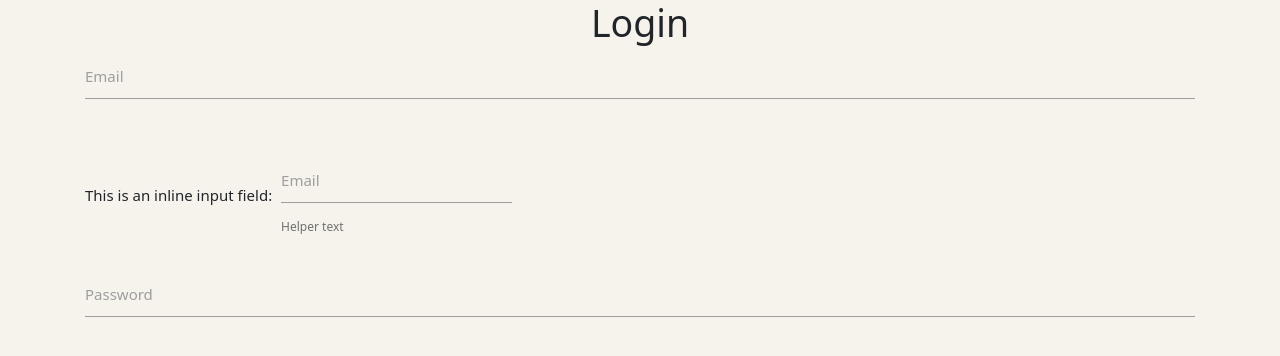
Repository: latenightsnacc/AllinOne
Page: Design/login.html
The author's editor kept a copy of each file at every save. The page is drawn from the files as they stood at one save, then again after the next save.
The browser window is 1280 px wide. The pictures show the whole page.
The style sheet was rebuilt from its Sass, Less or Tailwind sources for each picture, by a compiler version that may differ from the author's.

Above is the page before, as saved 2020-09-19 10:43:44.

### Design/login.html
<!DOCTYPE html>
<html lang="en">
<head>
    <meta charset="UTF-8">
    <meta name="viewport" content="width=device-width, initial-scale=1.0">
    <!--Icons-->
    <link href="https://fonts.googleapis.com/icon?family=Material+Icons" rel="stylesheet">
    <!-- Compiled and minified CSS -->
    <link rel="stylesheet" href="https://cdnjs.cloudflare.com/ajax/libs/materialize/1.0.0/css/materialize.min.css">
    <link rel="stylesheet" href="https://stackpath.bootstrapcdn.com/bootstrap/5.0.0-alpha1/css/bootstrap.min.css" integrity="sha384-r4NyP46KrjDleawBgD5tp8Y7UzmLA05oM1iAEQ17CSuDqnUK2+k9luXQOfXJCJ4I" crossorigin="anonymous">
    <!--Custom css-->
    <link rel="stylesheet" href="sidebar.css">
    <title>Business Profile</title>
</head>
<body>
    <div class="container">
        <h1 class="text-center">Login</h1>
        <div class="form">
            <div class="row">
                <form class="col s12">
                <div class="row">
                    <div class="input-field col s12">
                    <input id="email" type="email" class="validate">
                    <label for="email">Email</label>
                    </div>
                </div>
                <div class="row">
                    <div class="col s12">
                    This is an inline input field:
                    <div class="input-field inline">
                        <input id="email_inline" type="email" class="validate">
                        <label for="email_inline">Email</label>
                        <span class="helper-text" data-error="wrong" data-success="right">Helper text</span>
                    </div>
                    </div>
                </div>
                <div class="row">
                    <div class="input-field col s12">
                    <input id="password" type="password" class="validate">
                    <label for="password">Password</label>
                    </div>
                </div>
                </form>
            </div>
        </div>
    </div>

    <script src="https://cdn.jsdelivr.net/npm/popper.js@1.16.0/dist/umd/popper.min.js" integrity="sha384-Q6E9RHvbIyZFJoft+2mJbHaEWldlvI9IOYy5n3zV9zzTtmI3UksdQRVvoxMfooAo" crossorigin="anonymous"></script>
    <script src="https://stackpath.bootstrapcdn.com/bootstrap/5.0.0-alpha1/js/bootstrap.min.js" integrity="sha384-oesi62hOLfzrys4LxRF63OJCXdXDipiYWBnvTl9Y9/TRlw5xlKIEHpNyvvDShgf/" crossorigin="anonymous"></script>
</body>
</html>

### Design/sidebar.scss
@import 'variables';

*{
    margin: 0;
    padding: 0;
    box-sizing: border-box;
    list-style: none;
    a {
        text-decoration: none;

    }
    &:before,&:after {
        box-sizing: border-box;
    }
    :after {
        content: "";
    }
}

body, html {
    background: $grey;
    overflow-x: hidden;
}
.wrapper {
    min-height:100vh;
    margin-left: 100px;
    margin-top: 120px;

}
.cardNew{
    display: flex;
    flex-direction: column;
    align-items: center;
    justify-content: center;
    width: 250px;
    height: 250px;
    position: relative;
    background-color: $grey;


    .card-content{
        color: $blue2;

    }

    .card-top {
        position: absolute;
        top:-60px;
        left: 75px;
        width: 100px;
        height: 100px;
        background-color: $blue2;
        display: flex;
        align-items: center;
        justify-content: center;
        font-size: 30px;
        color: $grey;


    }

    &:hover {
        box-shadow: $bsGrey;
        border-radius: $borderR;
    }

}
.card-title {
    font-family: $fontNoto;
    font-size: 20px;
    color: black;
}
.biz-title {
    font-family: $fontNoto;
    font-size: 35px;
    color: $grey;
}

.blue-nav {
    height: 100px;
    background-color: $blue2 !important;
}

a.sidebar-icon {
    color: $dark;
    font-size: 50px;

    &:hover {
        color: $grey;
    }
}
a.active {
    color: $grey;
}
.side-bar {
    float: left;
	position: fixed;
	top: 200;
    left: 0;
    background: transparent;
    margin-top: 100px;
}

.side-bar ul {
	text-align: center;
}

.side-bar ul li {
	position: relative;
  width: 100px;
  cursor: pointer;
	background: $blue2;
	text-transform: uppercase;
	transition:all .4s ease-out;
}

.side-bar ul li:after {
	position: absolute;
	background: $grey;
	color: $blue2;
	top:0;
	left: 100px;
	width: 100px; height: 100%;
  opacity:.5;
  transform: perspective(400px) rotateY(90deg);
	transform-origin: 0 100%;
	transition:all .4s ease-out;
}

.side-bar ul li:nth-child(1):after {
    display: flex;
    align-items: center;
    justify-content: center;
    content: "Dashboard";
    line-height: 88px;

}
.side-bar ul li:nth-child(2):after {
    content: "Profile";
    display: flex;
    align-items: center;
    justify-content: center;
	line-height: 88px;
}
.side-bar ul li:nth-child(3):after {
    display: flex;
    align-items: center;
    justify-content: center;
	content: "Finance";
	line-height: 85px;
}
.side-bar ul li:nth-child(4):after {
    display: flex;
    align-items: center;
    justify-content: center;
	content: "CMS";
	line-height: 70px;
}
.side-bar ul li:nth-child(5):after {
    display: flex;
    align-items: center;
    justify-content: center;
	content: "Settings";
	line-height: 70px;
}
.side-bar ul li:nth-child(6):after {
    display: flex;
    align-items: center;
    justify-content: center;
	content: "Help";
	line-height: 70px;
}
.side-bar ul li:nth-child(7):after {
    display: flex;
    align-items: center;
    justify-content: center;
	content: "Log out";
	line-height: 70px;
}
.side-bar ul li:hover {
	transform: translateX(-100px);
}

.side-bar ul li:hover:after {
  opacity: 1;
	transform: perspective(400px) rotateY(0deg) scale(1) ;
}


.side-bar ul li > div {
	display: inline-block;
	padding: 25px 0;
	background: transparent;
}

.side-bar ul li div { position: relative; }

### Design/_variables.scss
@import url('https://fonts.googleapis.com/css2?family=Roboto+Mono&display=swap');
@import url('https://fonts.googleapis.com/css2?family=Noto+Sans+HK:wght@100;400&display=swap');

$fontRoboto: 'Roboto Mono', monospace;
$fontNoto: 'Noto Sans HK', sans-serif;
$blue: #55b9f3;
$blue2: #0091f7;
$white: #fff;
// $grey: #bdcfe5;
$grey: #f6f3ed;
$borderR: 50px;
$dark: black;
$Brb: 50px;
$bsGrey:  -30px -30px 60px #d1cfc9,
30px 30px 60px #ffffff;
$bsBlue:  -30px -30px 60px #489dcf,
30px 30px 60px #62d5ff;;

After the next save:
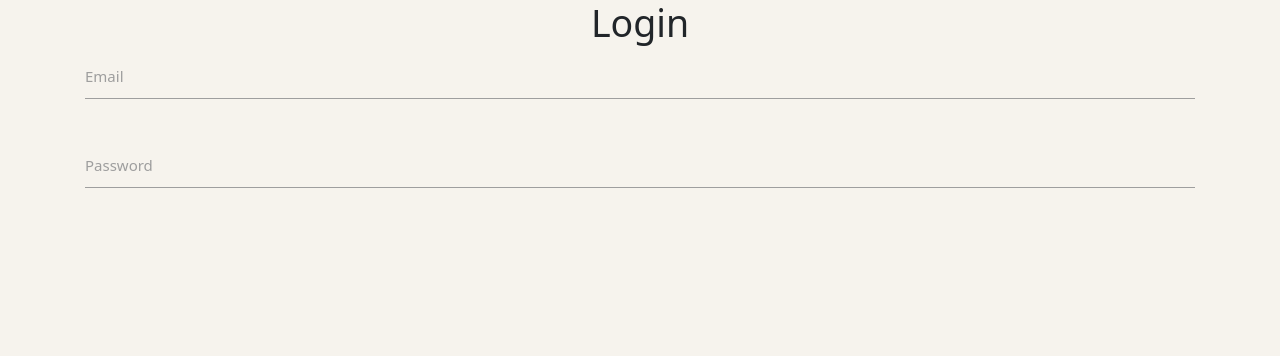
Saved 21 s later.
--- a/Design/login.html
+++ b/Design/login.html
@@ -25,16 +25,6 @@
                     </div>
                 </div>
                 <div class="row">
-                    <div class="col s12">
-                    This is an inline input field:
-                    <div class="input-field inline">
-                        <input id="email_inline" type="email" class="validate">
-                        <label for="email_inline">Email</label>
-                        <span class="helper-text" data-error="wrong" data-success="right">Helper text</span>
-                    </div>
-                    </div>
-                </div>
-                <div class="row">
                     <div class="input-field col s12">
                     <input id="password" type="password" class="validate">
                     <label for="password">Password</label>
